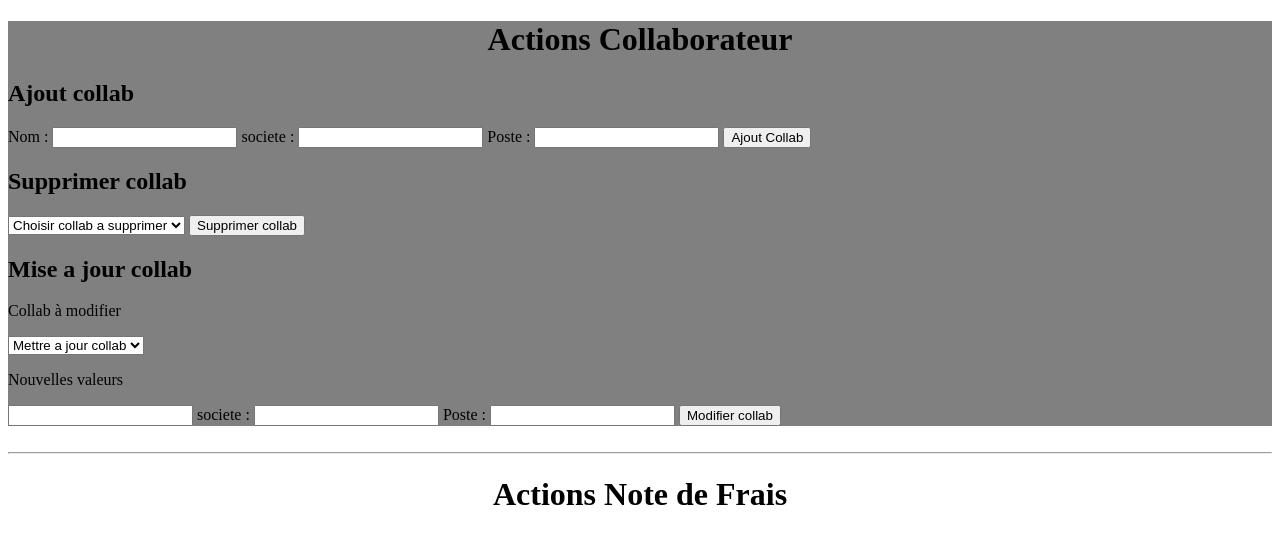
Repository: Shakibaei-2020/CRA_JEE_FINAL
Page: http://localhost/jee_crainfocom/WEB-INF/accueil.jsp
An editor plug-in stored every save of this project. The page is shown before and after the next save, followed by the edit.
The browser window is 1280 px wide. The pictures show the whole page.
The page is served by Tomcat 9. Nobody is signed in. Other server files are loaded and not shown. The template is opened directly, without the code that normally fills it, so the values that code supplies are empty.

Above is the page before, as saved 2021-03-25 14:20:02.

### CRA_JEE_FINAL/CRA_JEE_FINAL/jee_crainfocom/src/main/webapp/WEB-INF/accueil.jsp
<%@ page pageEncoding="UTF-8" %>
<%@ taglib uri="http://java.sun.com/jsp/jstl/core" prefix="c" %>
<!DOCTYPE html>
<html>
<head>
<meta charset="ISO-8859-1">
<title>Insert title here</title>
</head>
<body>
<div style="background-color:grey">
<center><h1>Actions Collaborateur</h1></center>

<h2>Ajout collab</h2>
 <form method="post" action="accueil">
            <label for="nomColl">Nom : </label>
            <input type="text" name="nomColl" id="nomColl" />

            <label for="societeColl">societe : </label>
            <input type="text" name="societeColl" id="societeColl" />

            <label for="posteColl">Poste : </label>
            <input type="text" name="posteColl" id="posteColl" />

            <input type="submit" value="Ajout Collab" />
        </form>

<c:if test="${ !empty nomColl }"><p><c:out value="Bonjour, vous vous appelez ${ nomColl } vous etes ${ posteColl }  chez ${ societeColl } " /></p></c:if>


 <h2>Supprimer collab</h2>

<form method="post" action="">
	<select name="pets" id="pet-select">
    	<option value="">Choisir collab a supprimer</option>
    	<option value="dog">Collab</option>
	</select>
<input type="submit" value="Supprimer collab" />
</form>


 <h2>Mise a jour collab</h2>
 <form method="post" action="">
 <p>Collab à modifier</p>
	<select name="pets" id="pet-select">
    	<option value="">Mettre a jour collab</option>
    	<option value="dog">Collab</option>
	</select>
	<p>Nouvelles valeurs</p>
	   <input type="text" name="nomColl" id="nomColl" />

            <label for="societeColl">societe : </label>
            <input type="text" name="societeColl" id="societeColl" />

            <label for="posteColl">Poste : </label>
            <input type="text" name="posteColl" id="posteColl" />


<input type="submit" value="Modifier collab" />
</form>
</div>
<br>
</div>

<div style="background-color:">
<hr>

        <center><h1>Actions Note de Frais</h1></center>

</div>





</body>
</html>

After the next save:
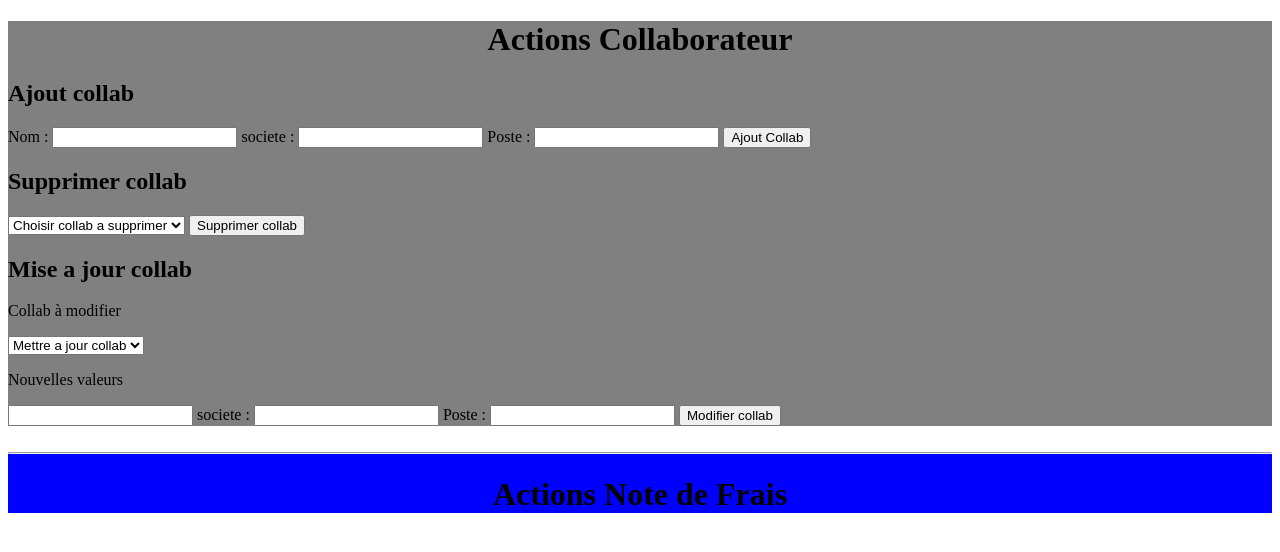
Saved 7 s later.
--- a/CRA_JEE_FINAL/CRA_JEE_FINAL/jee_crainfocom/src/main/webapp/WEB-INF/accueil.jsp
+++ b/CRA_JEE_FINAL/CRA_JEE_FINAL/jee_crainfocom/src/main/webapp/WEB-INF/accueil.jsp
@@ -61,7 +61,7 @@
 <br>
 </div>
 
-<div style="background-color:">
+<div style="background-color:blue">
 <hr>
 
         <center><h1>Actions Note de Frais</h1></center>
